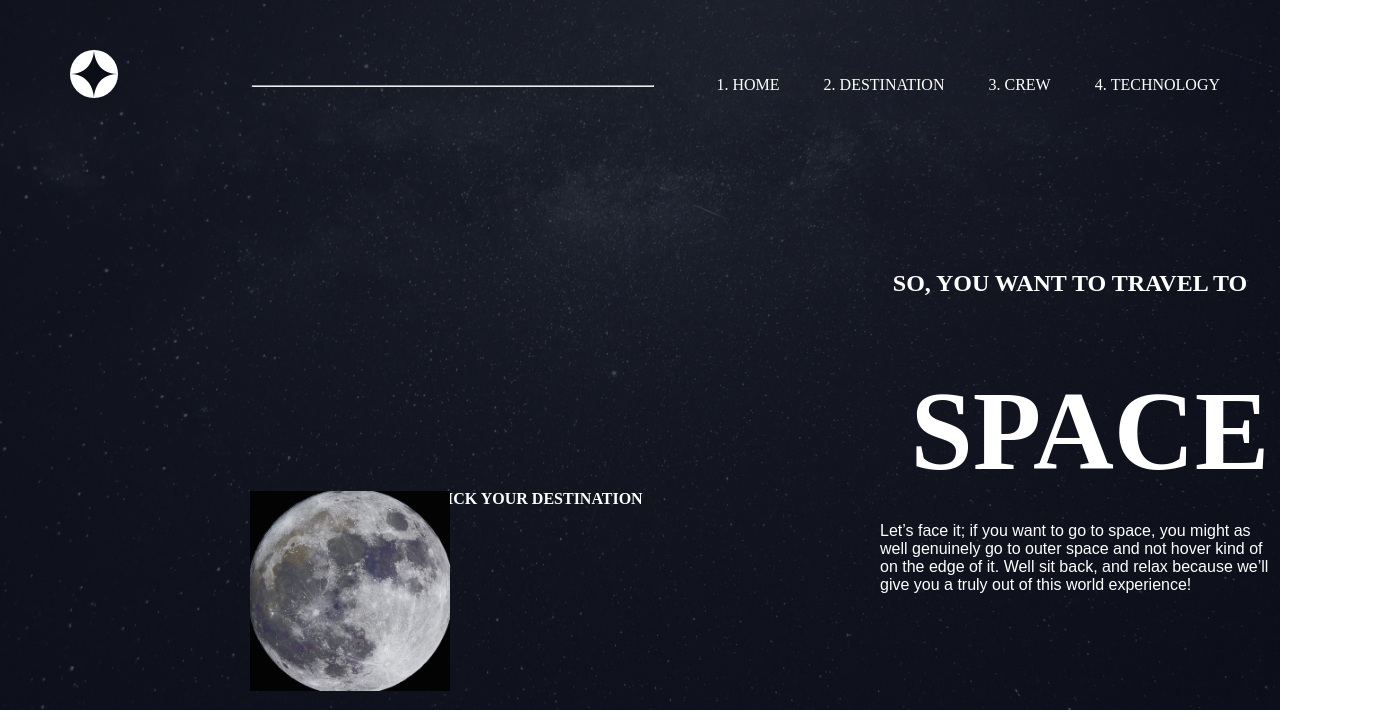
Repository: batonAnton/space_tourism
Page: destination.html
These files come from the project's save history. The page is drawn as it stood at one moment and after the next save; the edit follows.
The browser window is 1280 px wide. The page is 1380 px wide, then 1280 px, so the pictures cover 1380 px, including what lies to the right of the window. The pictures show the whole page.
Some web fonts or font styles are not loaded; a fallback is used.

Above is the page before, as saved 2022-05-19 17:38:56.

After the next save:
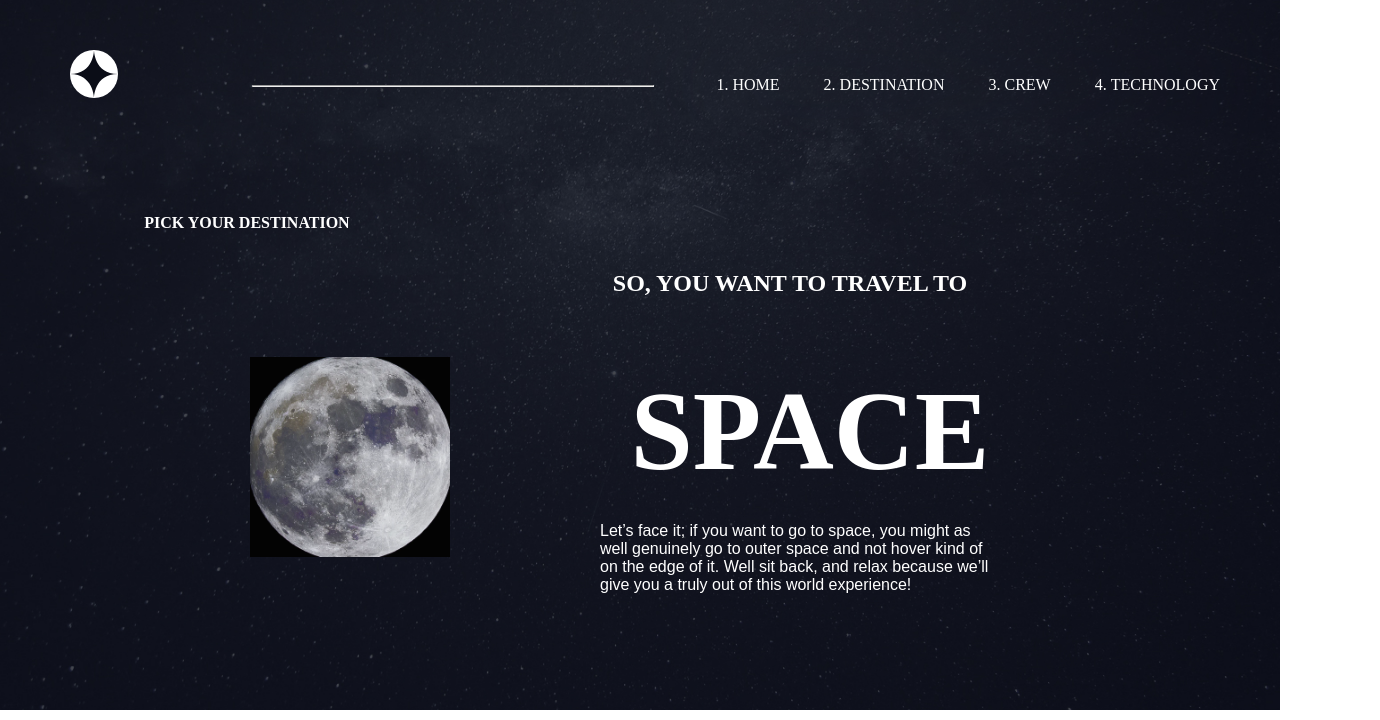
Saved 3 min 14 s later.
--- a/css/style2 .css
+++ b/css/style2 .css
@@ -89,7 +89,7 @@ li {
 .h2_planet {
   height: 1px;
   display: block;
-  margin: 100px 0px 0px 100px;
+  margin: -176px 0px 142px -193px;
   font-size: 16px;
 }
 
